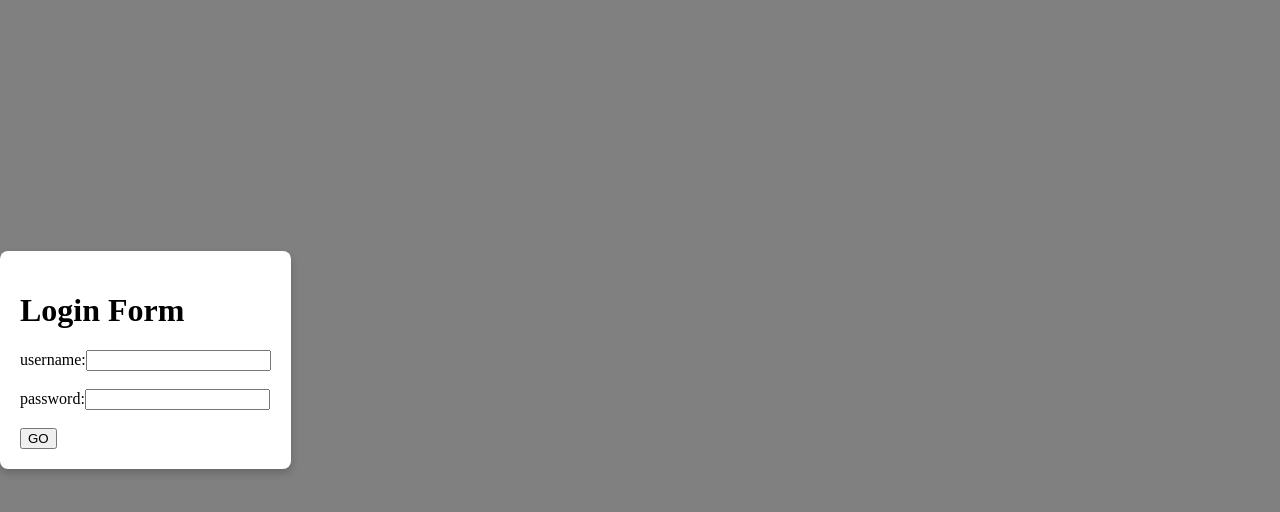
Repository: VIJAYkollu-7568/rakhi
Page: jsp/src/main/webapp/login.html
The author's editor kept a copy of each file at every save. The page is drawn from the files as they stood at one save, then again after the next save.
The browser window is 1280 px wide. The pictures show the whole page.

Above is the page before, as saved 2024-11-07 09:18:50.

After the next save:
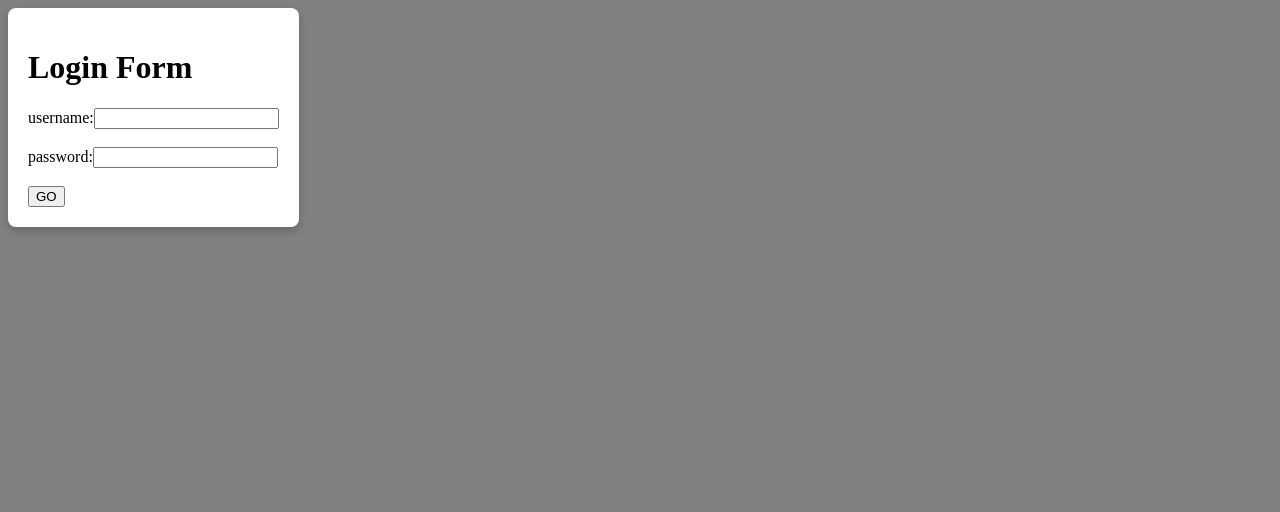
Saved 15 s later.
--- a/jsp/src/main/webapp/login.html
+++ b/jsp/src/main/webapp/login.html
@@ -9,8 +9,6 @@
 body{
 display: flex;
 background-color:grey;
- min-height: 100vh;
-            margin: 0;
 align-items: center;
 
 }
